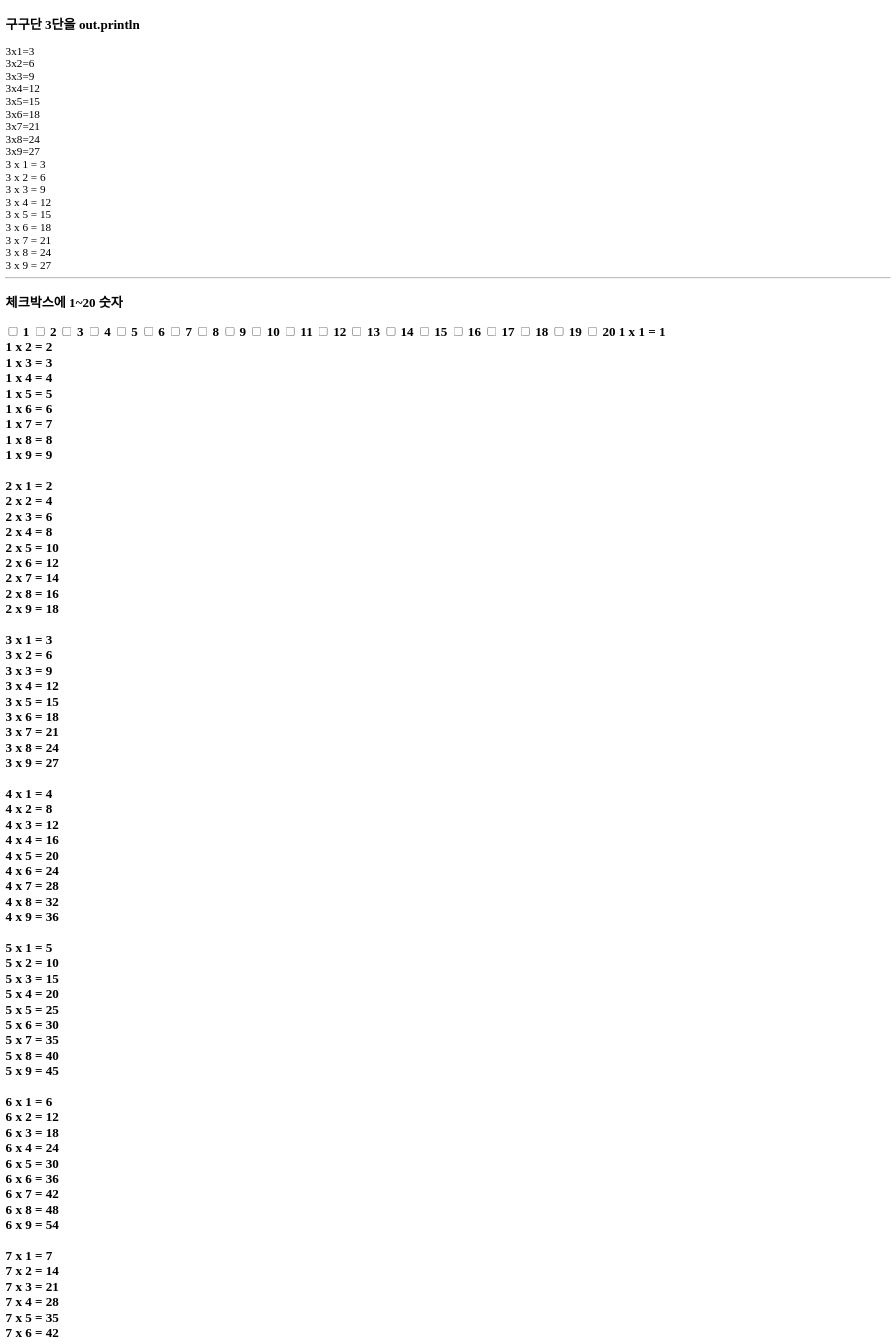
Repository: hyejux/jsp
Page: http://localhost/JSPBasic/jspTag/script02.jsp
An editor plug-in stored every save of this project. The page is shown before and after the next save, followed by the edit.
The browser window is 1280 px wide. The pictures show the part of the page from y = 0 to 1920 px (the page is 4266 px tall before and 4284 px after), at 70% of full size.
The page is served by Tomcat 10.

Above is the page before, as saved 2024-06-25 02:18:35.

After the next save:
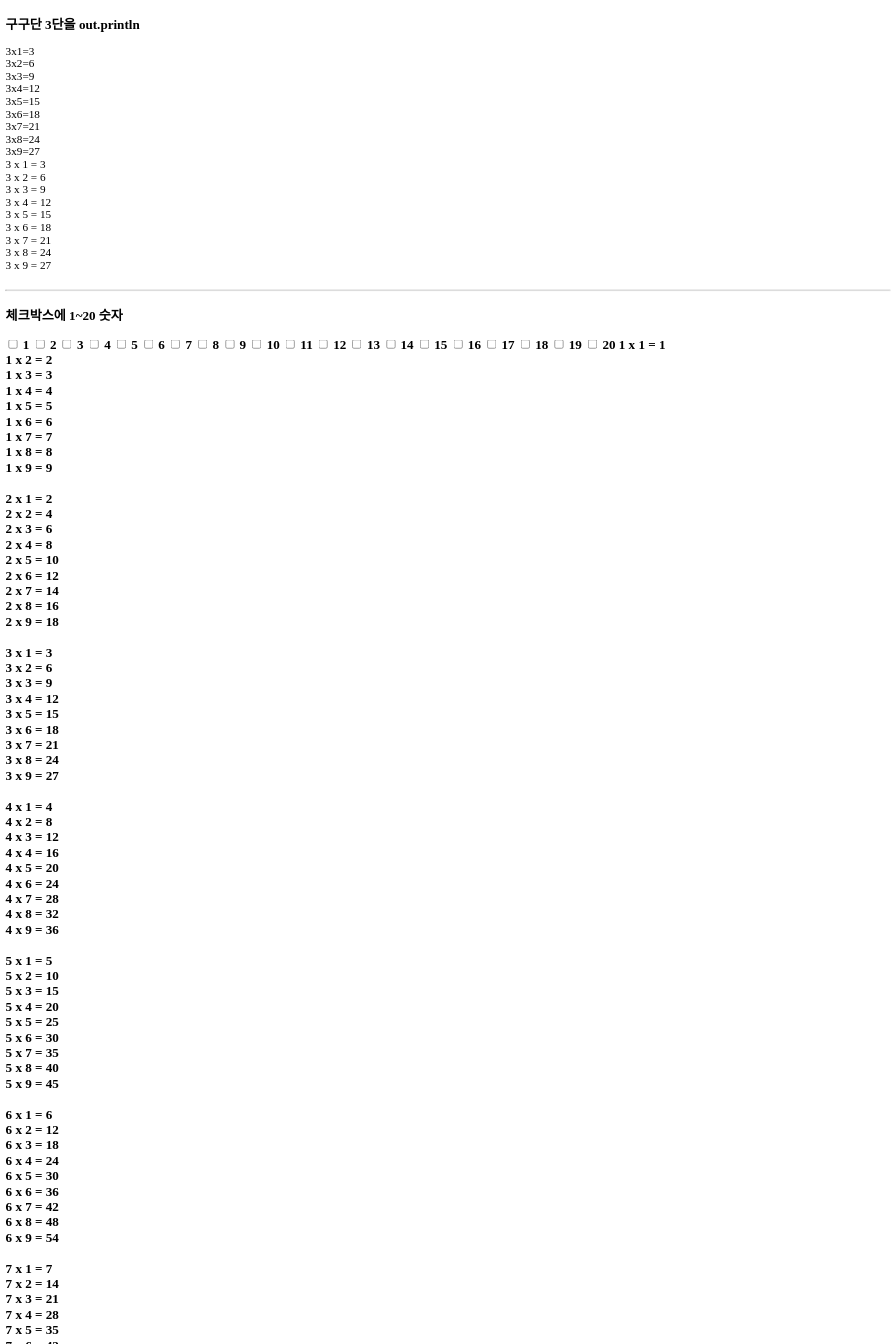
Saved 24 s later.
--- a/JSPBasic/src/main/webapp/jspTag/script02.jsp
+++ b/JSPBasic/src/main/webapp/jspTag/script02.jsp
@@ -23,7 +23,7 @@
 		<% } %>
 
 
-	<hr>
+	<br><hr>
 
 	<h3> 체크박스에 1~20 숫자 <h3>
 
